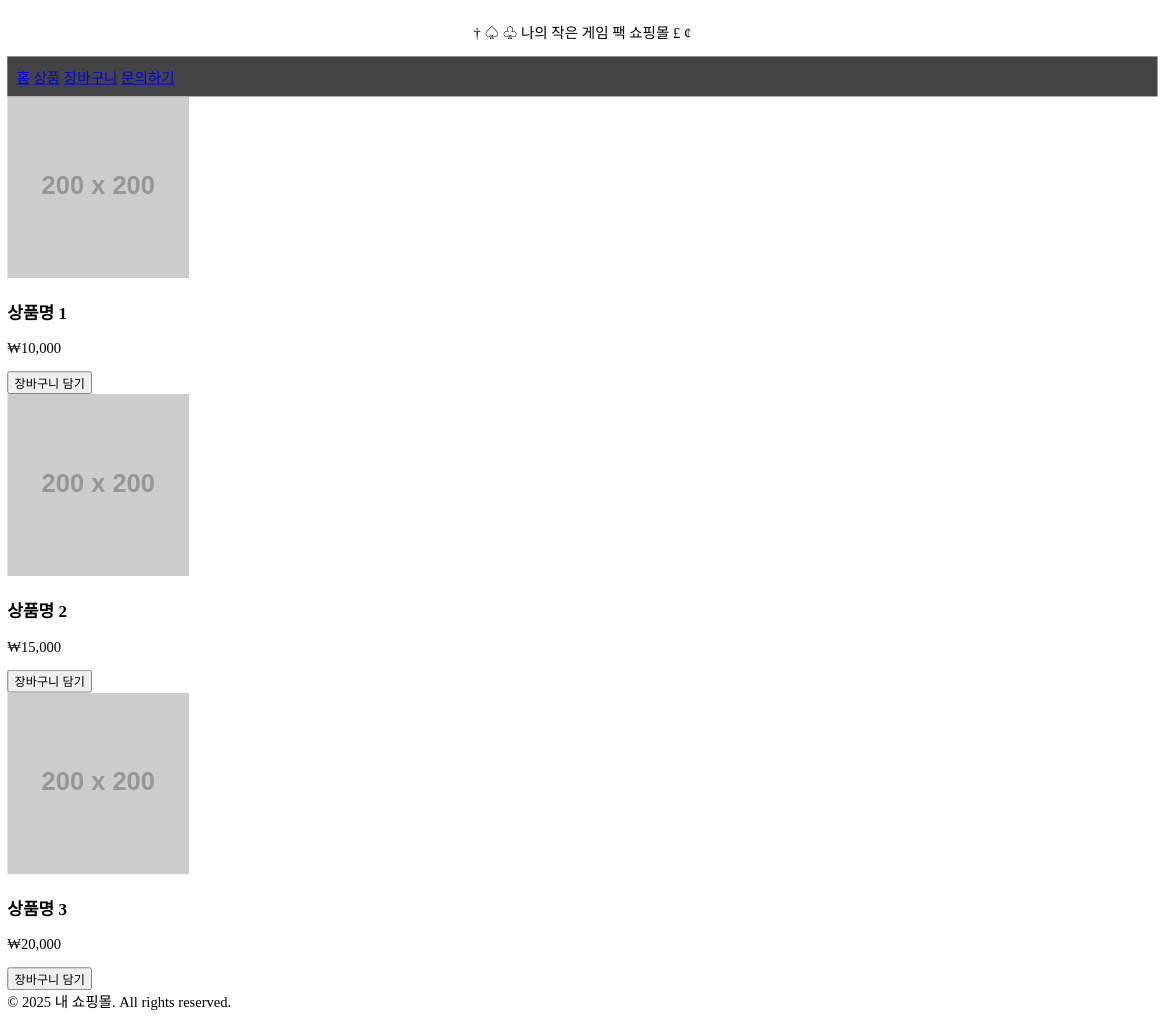
Repository: SeungYeon04/A_AssetsJSP
Page: http://localhost/JSP_Start01/
An editor plug-in stored every save of this project. The page is shown before and after the next save, followed by the edit.
The browser window is 1280 px wide. The pictures show the whole page, at 91% of full size.
Some web fonts or font styles are not loaded; a fallback is used. The page is served by Tomcat 9.

Above is the page before, as saved 2025-03-11 05:25:49.

### JSP_Start01/src/main/webapp/index.jsp
<%@ page language="java" contentType="text/html; charset=UTF-8"
    pageEncoding="UTF-8"%>
<!DOCTYPE html>
<html>
<head>
<meta charset="UTF-8">
<title>Insert title here</title>
</head>
<body>
	<header>† ♤ ♧  나의 작은 게임 팩 쇼핑몰 £ ¢</header>

    <nav>
        <a href="#">홈</a>
        <a href="#">상품</a>
        <a href="#">장바구니</a>
        <a href="#">문의하기</a>
    </nav>

    <div class="container">
        <div class="product">
            <img src="https://via.placeholder.com/200" alt="상품1">
            <h3>상품명 1</h3>
            <p>₩10,000</p>
            <button>장바구니 담기</button>
        </div>

        <div class="product">
            <img src="https://via.placeholder.com/200" alt="상품2">
            <h3>상품명 2</h3>
            <p>₩15,000</p>
            <button>장바구니 담기</button>
        </div>

        <div class="product">
            <img src="https://via.placeholder.com/200" alt="상품3">
            <h3>상품명 3</h3>
            <p>₩20,000</p>
            <button>장바구니 담기</button>
        </div>
    </div>

    <footer>© 2025 내 쇼핑몰. All rights reserved.</footer>
    <style>

    	body {
    		font-family: 'Ownglyph_ParkDaHyun';
    	}

    	header {
    		text-align: center;
    		padding: 15px 0;
    	}



	    @font-face {
		    font-family: 'Ownglyph_ParkDaHyun';
		    src: url('https://fastly.jsdelivr.net/gh/projectnoonnu/2411-3@1.0/Ownglyph_ParkDaHyun.woff2') format('woff2');
		    font-weight: normal;
		    font-style: normal;
		}

		nav {
			background-color: #444;
			padding: 10px;
			text-align: ceter;

		}




    </style>
</body>
</html>

After the next save:
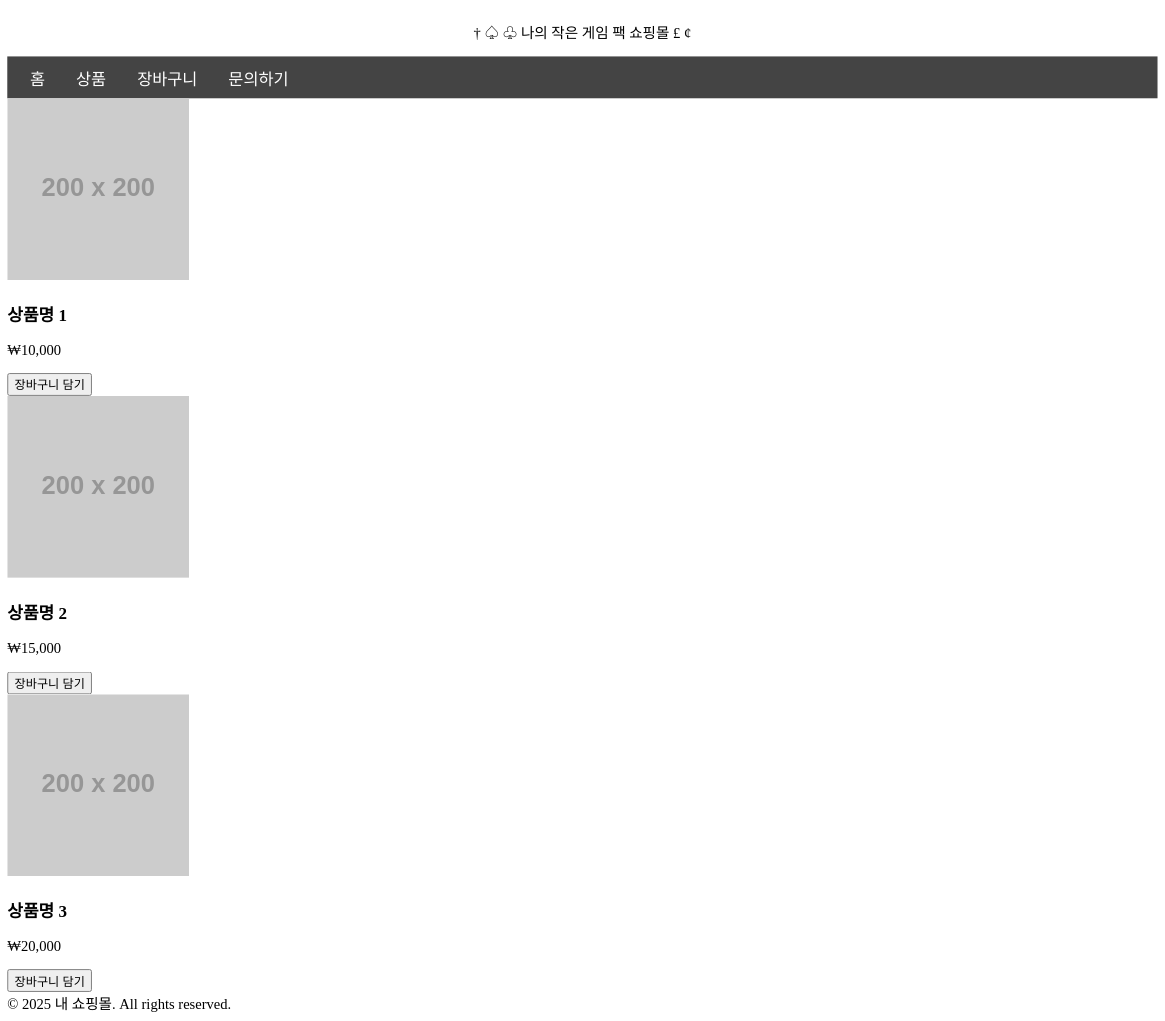
Saved 19 s later.
--- a/JSP_Start01/src/main/webapp/index.jsp
+++ b/JSP_Start01/src/main/webapp/index.jsp
@@ -65,6 +65,12 @@
 			padding: 10px;
 			text-align: ceter;
 
+			a {
+				color: white;
+            text-decoration: none;
+            margin: 0 15px;
+            font-size: 18px;
+			 }
 		}
 
 
